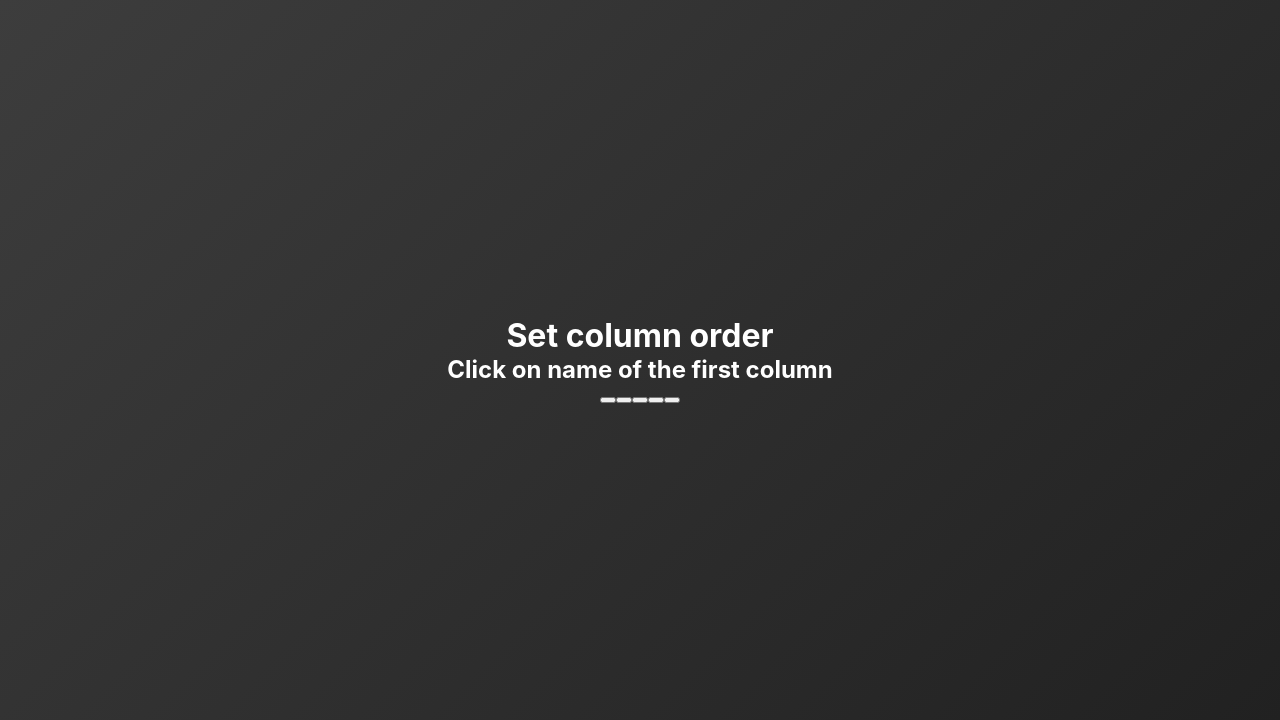
Repository: RXBVK/rt-map
Page: /
An editor plug-in stored every save of this project. The page is shown before and after the next save, followed by the edit.
The browser window is 1280 px wide. The pictures show the whole page.
The project was rebuilt for these pictures with package versions that can differ from the ones it lists, and the page was loaded fresh each time. Also part of the build but not shown: src/components/CsvUploader/styles/csv-uploader.css, src/components/CsvUploader/CsvUploader.js.

Above is the page before, as saved 2021-07-21 14:38:39.

### src/styles/index.css
* {
  margin: 0;
}
body {
  font-family: -apple-system, BlinkMacSystemFont, "Roboto", sans-serif;
  -webkit-font-smoothing: antialiased;
  -moz-osx-font-smoothing: grayscale;
  color: white;
}

::selection {
  background-color: bisque;
  color: black;
}

code {
  font-family: source-code-pro, Menlo, Monaco, Consolas, "Courier New",
    monospace;
}

### src/App.js
import React, { useState } from "react";
import CsvUploader from "./components/CsvUploader/CsvUploader";
import ColumnsPicker from "./components/ColumnsPicker/ColumnsPicker";
import "./styles/app.css";

function App() {
  const [uploadedRows, setUploadedRows] = useState([]);
  const [dataFromRows, setDataFromRows] = useState([]);
  return (
    <div className="main__container">
      {!uploadedRows ? (
        <CsvUploader setUploadedRows={setUploadedRows} />
      ) : (
        <ColumnsPicker />
      )}
    </div>
  );
}

export default App;

### src/components/ColumnsPicker/ColumnsPicker.js
import React from "react";

export default function ColumnsPicker() {
  return (
    <div className="columns-picker__container">
      <h1>Set column order</h1>
      <h2>Click on name of the first column</h2>
      <button value="state"></button>
      <button value="city"></button>
      <button value="ZIP"></button>
      <button value="address"></button>
      <button value="category"></button>
    </div>
  );
}

### src/styles/app.css
.main__container {
  min-height: 100vh;
  width: 100%;
  background: linear-gradient(135deg, #3d3d3d, #212121);
  display: -webkit-box;
  display: -ms-flexbox;
  display: flex;
  -webkit-box-orient: vertical;
  -webkit-box-direction: normal;
      -ms-flex-direction: column;
          flex-direction: column;
  -webkit-box-align: center;
      -ms-flex-align: center;
          align-items: center;
  text-align: center;
  -webkit-box-pack: center;
      -ms-flex-pack: center;
          justify-content: center;
}

.main__container > * {
  -webkit-animation: fadein 800ms;
          animation: fadein 800ms;
}

.button--primary {
  cursor: pointer;
  width: 200px;
  height: 45px;
  background-color: bisque;
  color: black;
  border-radius: 8px;
  font-weight: 700;
  font-size: 16px;
  -webkit-transition: all 200ms ease-out;
  transition: all 200ms ease-out;
}

.button--primary:hover {
  -webkit-filter: brightness(0.8);
          filter: brightness(0.8);
}

@-webkit-keyframes fadein {
  0% {
    opacity: 0;
  }
  100% {
    opacity: 1;
  }
}

@keyframes fadein {
  0% {
    opacity: 0;
  }
  100% {
    opacity: 1;
  }
}
/*# sourceMappingURL=app.css.map */

Loaded but not shown: public/index.html (common file); src/index.js (common file); src/reportWebVitals.js (common file)

After the next save:
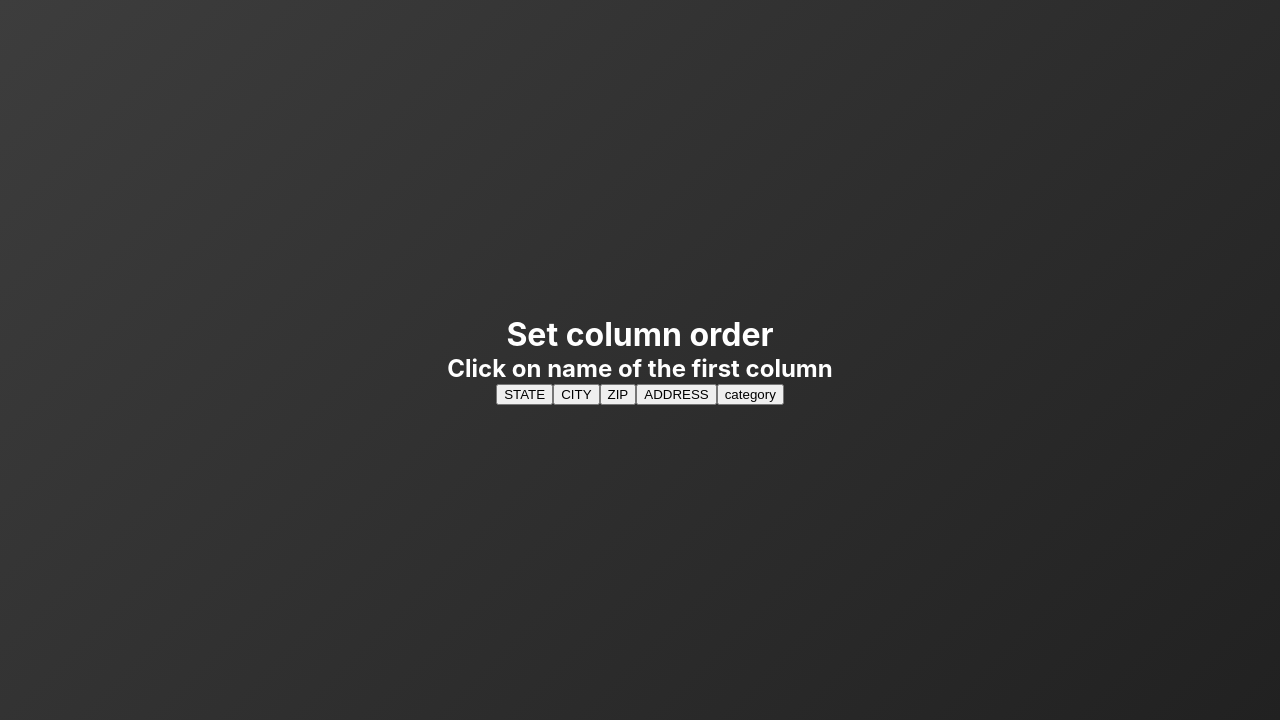
Saved 21 s later.
--- a/src/components/ColumnsPicker/ColumnsPicker.js
+++ b/src/components/ColumnsPicker/ColumnsPicker.js
@@ -5,11 +5,11 @@ export default function ColumnsPicker() {
     <div className="columns-picker__container">
       <h1>Set column order</h1>
       <h2>Click on name of the first column</h2>
-      <button value="state"></button>
-      <button value="city"></button>
-      <button value="ZIP"></button>
-      <button value="address"></button>
-      <button value="category"></button>
+      <button value="state">STATE</button>
+      <button value="city">CITY</button>
+      <button value="zip">ZIP</button>
+      <button value="address">ADDRESS</button>
+      <button value="category">category</button>
     </div>
   );
 }
